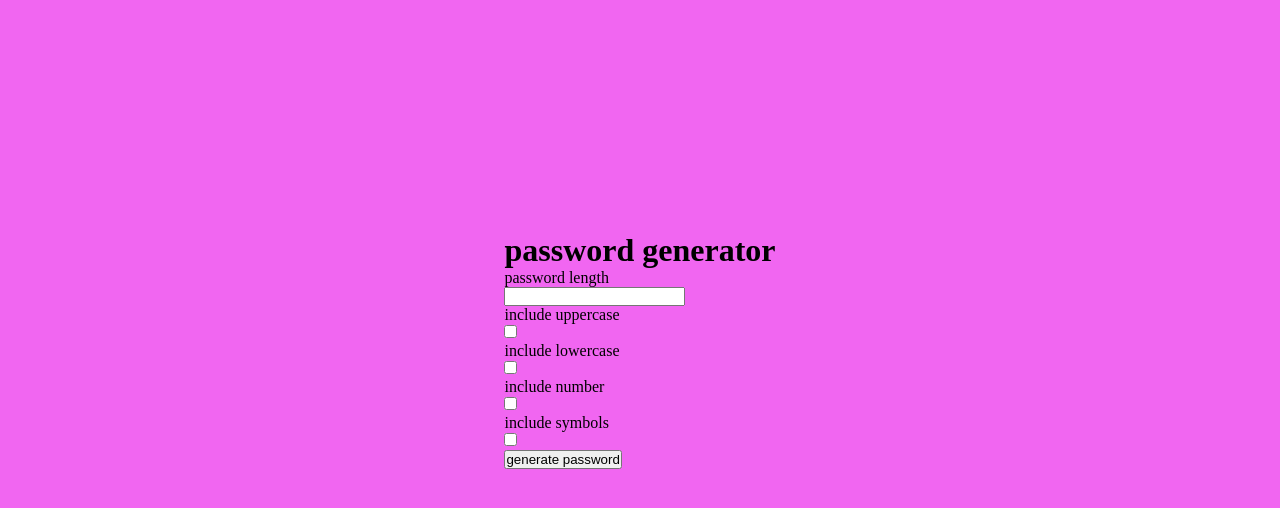
Repository: Eugene44-hub/password-generator
Page: index.html
An editor plug-in stored every save of this project. The page is shown before and after the next save, followed by the edit.
The browser window is 1280 px wide. The pictures show the whole page.

Above is the page before, as saved 2021-09-23 10:22:35.

### index.html
<!DOCTYPE html>
<html lang="en">

<head>
    <meta charset="UTF-8">
    <meta http-equiv="X-UA-Compatible" content="IE=edge">
    <meta name="viewport" content="width=device-width, initial-scale=1.0">
    <title>Document</title>
    <link rel="stylesheet" href="style.css">
</head>

<body>
    <div class="passwordGenerator">
        <h1>password generator</h1>
        <div class="password">

        </div>
        <div class="select-options">
            <p>password length</p>
            <input type="number">
            <p>include uppercase</p><input type="checkbox" id="uppercase">
            <p>include lowercase</p><input type="checkbox" id="lowercase">
            <p>include number</p><input type="checkbox" id="number">
            <p>include symbols</p><input type="checkbox" id="symbol">
        </div>
        <button id="generate-password">generate password</button>
    </div>
    <script src="app.js"></script>
</body>

</html>

</html>

### style.css
* {
    padding: 0;
    margin: 0;
    box-sizing: border-box;
}

body {
    display: flex;
    height: 700px;
    background-color: rgb(241, 102, 241);
}

.passwordGenerator {
    margin: auto;
}

### app.js
// document.querySelector('.password').addEventListener('', e => {})
// console.log(String.fromCharCode())

const person = {
    name: 'Eugene',
    type: true,
    greeting: 'Hello'
}
let x = [{ lower: true }, { upper: false }, { number: true }, { symbol: true }];

// const rand = {
//     lower: true,
//     upper: true,
//     number: false,
//     symbol: true,
// }

// const functName =
//     console.log()

After the next save:
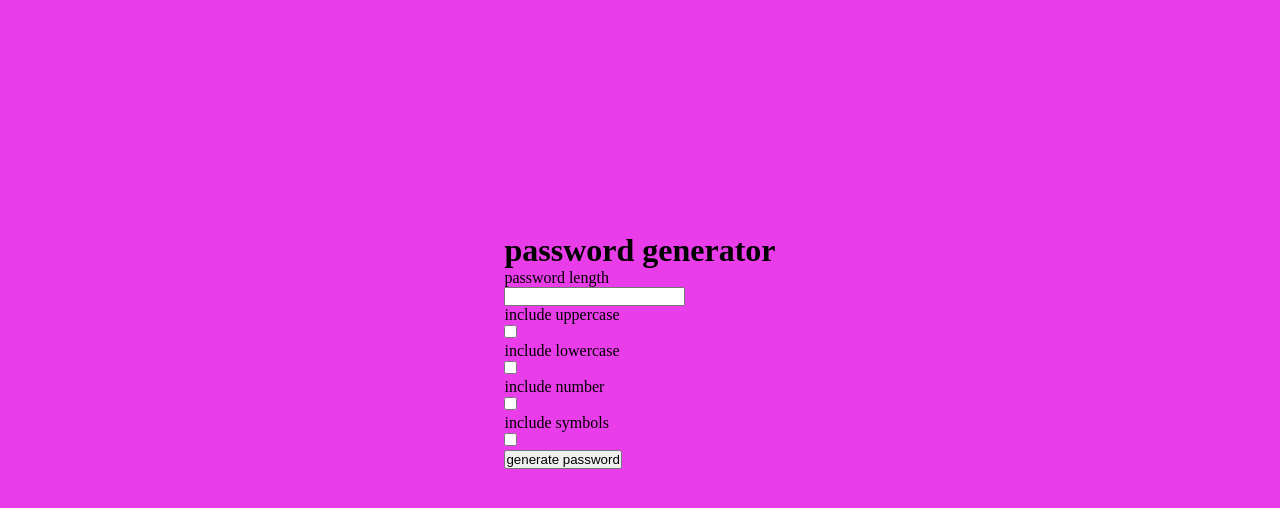
Saved 4 s later.
--- a/style.css
+++ b/style.css
@@ -7,7 +7,7 @@
 body {
     display: flex;
     height: 700px;
-    background-color: rgb(241, 102, 241);
+    background-color: rgb(233, 61, 233);
 }
 
 .passwordGenerator {
